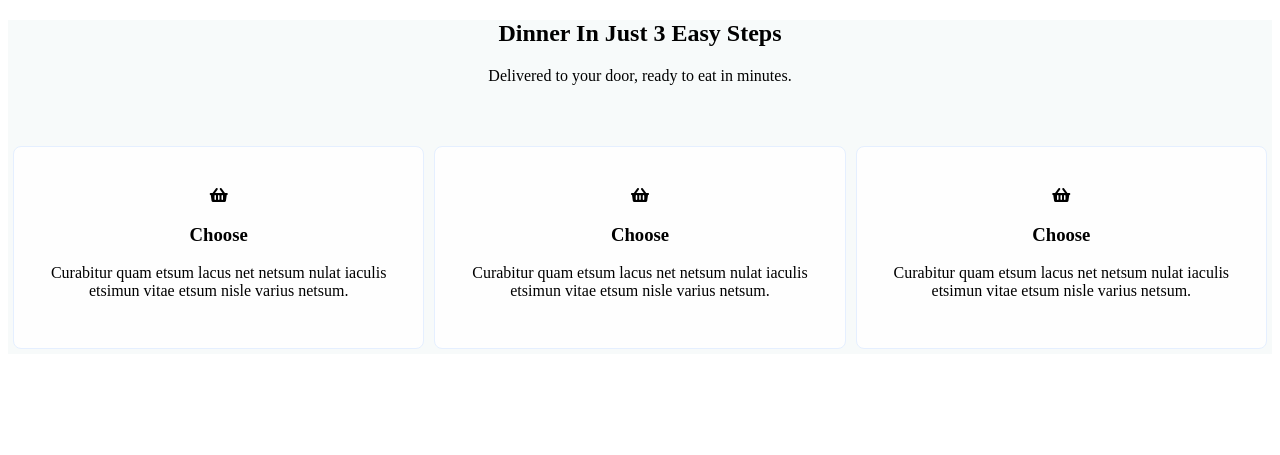
Repository: ST-United-Internship/leadpage
Page: card-UI.html
These files come from the project's save history. The page is drawn as it stood at one moment and after the next save; the edit follows.
The browser window is 1280 px wide. The pictures show the whole page.

Above is the page before, as saved 2023-03-15 15:00:54.

After the next save:
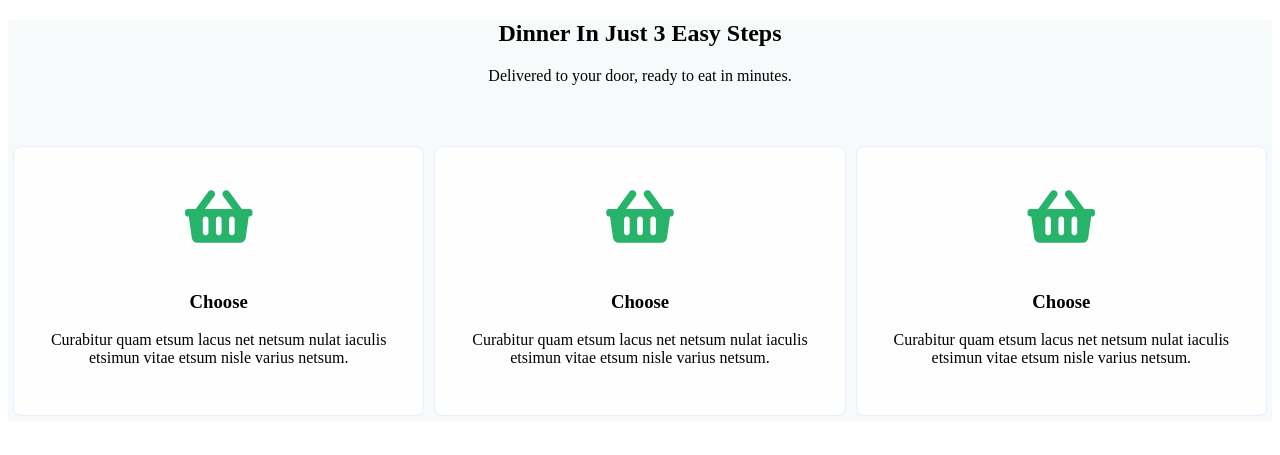
Saved 8 s later.
--- a/css/card-UI.css
+++ b/css/card-UI.css
@@ -52,4 +52,8 @@ section{
     box-sizing: border-box;
 }
 
-.card-UI .about .columm
+.card-UI .about .columm .title-card i{
+    margin-bottom: 25px;
+    font-size: 60px;
+    color: #27b36a;
+}
